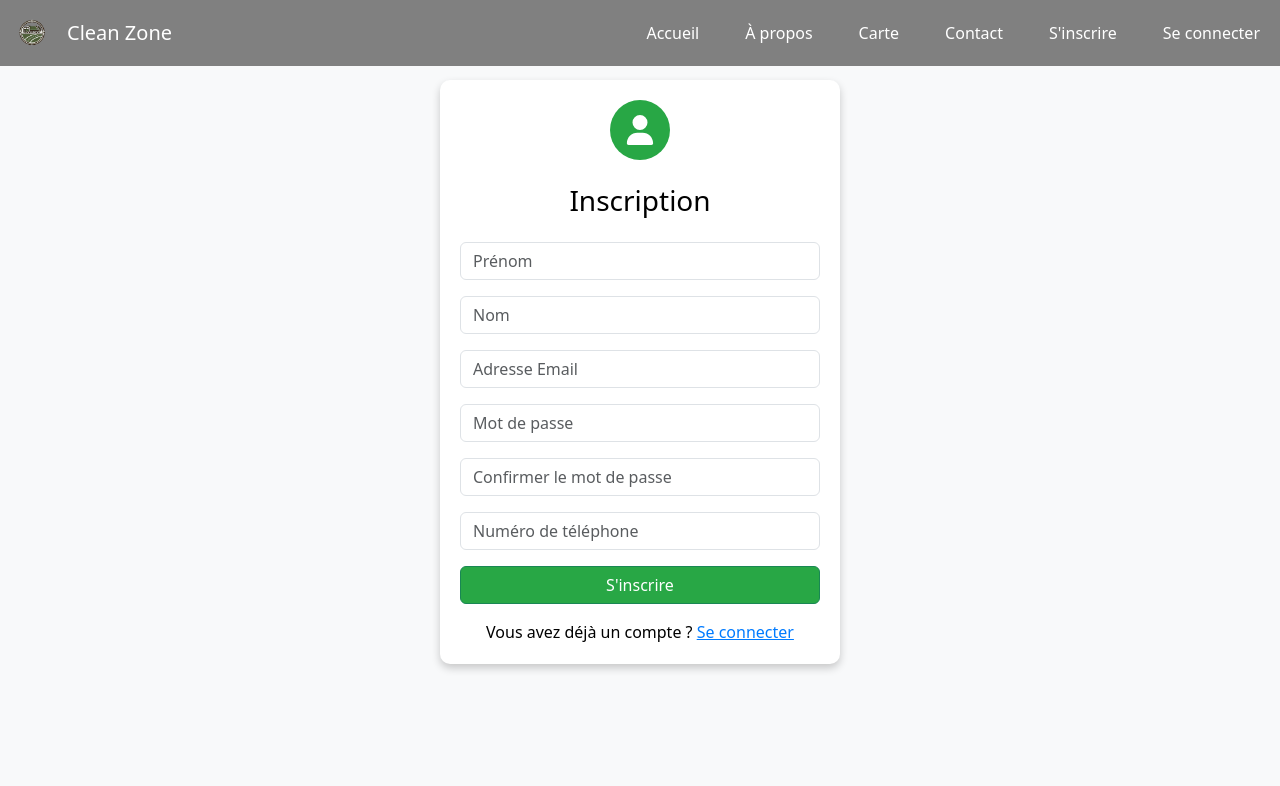
Repository: SystemInfoGeo/QGISproject
Page: /signup (app in NEXT/)
An editor plug-in stored every save of this project. The page is shown before and after the next save, followed by the edit.
The browser window is 1280 px wide. The pictures show the whole page.
The project was rebuilt for these pictures with package versions that can differ from the ones it lists, and the page was loaded fresh each time. The framework's server and built-in components were replaced by stand-ins that run in the browser. Also part of the build but not shown: NEXT/next.config.mjs.

Above is the page before, as saved 2024-09-16 18:17:01.

### NEXT/pages/_app.js
// pages/_app.js
import { AuthProvider } from '../context/AuthContext';
import 'bootstrap/dist/css/bootstrap.min.css'; // Import Bootstrap CSS ici

function MyApp({ Component, pageProps }) {
  return (
    <AuthProvider>
      <Component {...pageProps} />
    </AuthProvider>
  );
}

export default MyApp;

### NEXT/pages/signup.js
import { useState } from 'react';
import axios from 'axios';
import { useRouter } from 'next/router';
import 'bootstrap/dist/css/bootstrap.min.css'; // Importation de Bootstrap pour le style
import Navbar from '../components/Navbar';
import { FontAwesomeIcon } from '@fortawesome/react-fontawesome';
import { faUser } from '@fortawesome/free-solid-svg-icons'; // Importer l'icône utilisateur
import '../styles/Signup.css'; // Import du fichier CSS externe

const Signup = () => {
  const [email, setEmail] = useState('');
  const [password, setPassword] = useState('');
  const [confirmPassword, setConfirmPassword] = useState('');
  const [firstName, setFirstName] = useState('');
  const [lastName, setLastName] = useState('');
  const [phoneNumber, setPhoneNumber] = useState('');
  const [error, setError] = useState('');
  const [loading, setLoading] = useState(false);
  const router = useRouter();

  const handleSubmit = async (e) => {
    e.preventDefault();
    setError('');
    setLoading(true);

    if (password !== confirmPassword) {
      setError('Les mots de passe ne correspondent pas.');
      setLoading(false);
      return;
    }

    const emailPattern = /^[^\s@]+@[^\s@]+\.[^\s@]+$/;
    if (!emailPattern.test(email)) {
      setError('Adresse email invalide.');
      setLoading(false);
      return;
    }

    const phonePattern = /^[0-9]{10,15}$/;
    if (!phonePattern.test(phoneNumber)) {
      setError('Numéro de téléphone invalide.');
      setLoading(false);
      return;
    }

    try {
      const response = await axios.post(`${process.env.NEXT_PUBLIC_API_URL}/signup`, {
        email,
        password,
        confirm_password: confirmPassword,
        first_name: firstName,
        last_name: lastName,
        phone_number: phoneNumber
      });

      if (response.status === 201) {
        setEmail('');
        setPassword('');
        setConfirmPassword('');
        setFirstName('');
        setLastName('');
        setPhoneNumber('');

        router.push('/login');
      }
    } catch (error) {
      if (error.response && error.response.data.error) {
        setError(error.response.data.error);
      } else {
        setError('Erreur lors de l\'inscription. Veuillez réessayer.');
      }
    } finally {
      setLoading(false);
    }
  };

  return (
    <>
      <Navbar /> {/* Inclusion de la Navbar */}

      {/* Contenu principal de la page d'inscription */}
      <div className="d-flex justify-content-center align-items-center vh-100 bg-light">
        <div className="signup-container">
          <div className="signup-icon mb-4 mx-auto d-flex justify-content-center align-items-center">
            <FontAwesomeIcon icon={faUser} size="2x" className="text-white" />
          </div>
          <h3 className="text-center mb-4">Inscription</h3>
          <form onSubmit={handleSubmit}>
            <div className="mb-3">
              <input
                type="text"
                className="form-control"
                id="firstName"
                placeholder="Prénom" // Placeholder à la place de <label>
                value={firstName}
                onChange={(e) => setFirstName(e.target.value)}
                required
              />
            </div>
            <div className="mb-3">
              <input
                type="text"
                className="form-control"
                id="lastName"
                placeholder="Nom" // Placeholder à la place de <label>
                value={lastName}
                onChange={(e) => setLastName(e.target.value)}
                required
              />
            </div>
            <div className="mb-3">
              <input
                type="email"
                className="form-control"
                id="email"
                placeholder="Adresse Email" // Placeholder à la place de <label>
                value={email}
                onChange={(e) => setEmail(e.target.value)}
                required
              />
            </div>
            <div className="mb-3">
              <input
                type="password"
                className="form-control"
                id="password"
                placeholder="Mot de passe" // Placeholder à la place de <label>
                value={password}
                onChange={(e) => setPassword(e.target.value)}
                required
              />
            </div>
            <div className="mb-3">
              <input
                type="password"
                className="form-control"
                id="confirmPassword"
                placeholder="Confirmer le mot de passe" // Placeholder à la place de <label>
                value={confirmPassword}
                onChange={(e) => setConfirmPassword(e.target.value)}
                required
              />
            </div>
            <div className="mb-3">
              <input
                type="tel"
                className="form-control"
                id="phoneNumber"
                placeholder="Numéro de téléphone" // Placeholder à la place de <label>
                value={phoneNumber}
                onChange={(e) => setPhoneNumber(e.target.value)}
                required
              />
            </div>
            <button type="submit" className="btn btn-success w-100 signup-btn" disabled={loading}>
              {loading ? 'Inscription en cours...' : "S'inscrire"}
            </button>
            {error && <p className="text-danger mt-3">{error}</p>}
          </form>
          <div className="text-center mt-3">
            <span>Vous avez déjà un compte ? </span>
            <a href="/login" className="blue-link">Se connecter</a>
          </div>
        </div>
      </div>
    </>
  );
};

export default Signup;

### NEXT/context/AuthContext.js
import { createContext, useContext, useState, useEffect } from 'react';
import { Spinner } from 'react-bootstrap';
import jwt_decode from 'jwt-decode';

// Créez le contexte
const AuthContext = createContext();

// Créez un hook pour utiliser le contexte facilement
export const useAuth = () => useContext(AuthContext);

// Créer un fournisseur pour encapsuler l'état de connexion global
export const AuthProvider = ({ children }) => {
  const [loggedIn, setLoggedIn] = useState(false);
  const [loading, setLoading] = useState(true);  // Indicateur de chargement
  const [user, setUser] = useState(null);        // Stockage des informations utilisateur

  // Fonction pour vérifier la validité du token
  const isTokenValid = (token) => {
    try {
      const decodedToken = jwt_decode(token);  // Décodage du token JWT
      const currentTime = Date.now() / 1000;  // Temps actuel en secondes
      if (decodedToken.exp > currentTime) {
        return true;  // Le token est valide
      } else {
        console.warn("Le token a expiré.");
        return false;  // Le token est expiré
      }
    } catch (error) {
      console.error("Erreur lors du décodage du token:", error);
      return false;  // Le token est invalide
    }
  };

  // Vérification de la connexion au démarrage
  useEffect(() => {
    const token = localStorage.getItem('token');
    const userInfo = localStorage.getItem('user');

    // Vérification de la présence des données
    if (token && userInfo) {
      try {
        // Vérifier si le token est valide
        if (isTokenValid(token)) {
          setLoggedIn(true);

          // Essayer de parser les informations utilisateur
          try {
            const parsedUser = JSON.parse(userInfo);  // Charger les informations utilisateur
            setUser(parsedUser);
          } catch (error) {
            console.error("Erreur lors du parsing des informations utilisateur:", error);
            localStorage.removeItem('user');  // Supprimer les données corrompues
            setUser(null);
            setLoggedIn(false);
          }
        } else {
          // Le token est expiré ou invalide
          localStorage.removeItem('token');
          localStorage.removeItem('user');
          setLoggedIn(false);
        }
      } catch (error) {
        console.error("Erreur lors du traitement de la connexion:", error);
        setLoggedIn(false);
      }
    } else {
      // Si le token ou les infos utilisateur sont manquants
      console.warn("Aucun token ou informations utilisateur trouvés.");
      setLoggedIn(false);
    }

    setLoading(false);  // Fin du chargement
  }, []);

  // Fonction de connexion
  const login = (token, userInfo) => {
    if (token && userInfo) {
      localStorage.setItem('token', token);
      localStorage.setItem('user', JSON.stringify(userInfo));  // Enregistrer les informations utilisateur
      setUser(userInfo);
      setLoggedIn(true);
    } else {
      console.error("Le token ou les informations utilisateur sont manquants.");
    }
  };

  // Fonction de déconnexion
  const logout = () => {
    localStorage.removeItem('token');
    localStorage.removeItem('user');
    setUser(null);  // Réinitialiser les informations utilisateur
    setLoggedIn(false);
  };

  return (
    <AuthContext.Provider value={{ loggedIn, login, logout, loading, user }}>
      {loading ? <Spinner animation="border" role="status" /> : children} {/* Afficher un spinner si en chargement */}
    </AuthContext.Provider>
  );
};

### NEXT/components/Navbar.js
import Link from 'next/link';
import { useAuth } from '../context/AuthContext'; // Importer le hook useAuth
import 'bootstrap/dist/css/bootstrap.min.css';
import { useEffect, useState } from 'react';

export default function Navbar() {
  const { loggedIn } = useAuth(); // Utiliser le hook pour accéder à l'état de connexion
  const [userRole, setUserRole] = useState(null); // Stocker le rôle de l'utilisateur

  // Vérification du rôle de l'utilisateur lors du chargement de la page
  useEffect(() => {
    const role = localStorage.getItem('role'); // Récupérer le rôle depuis localStorage
    if (role) {
      setUserRole(role); // Mettre à jour le rôle de l'utilisateur dans le state
      console.log('Rôle de l’utilisateur:', role); // Afficher le rôle dans la console pour déboguer
    } else {
      console.log('Aucun rôle trouvé dans le localStorage');
    }
  }, []);

  return (
    <nav className="navbar navbar-expand-lg" style={{ backgroundColor: '#808080' }}>
      <div className="container-fluid">
        <a className="navbar-brand" href="/" style={{ color: 'white', display: 'flex', alignItems: 'center' }}>
          <img src="/images/logo.jpg" alt="Logo" style={{ width: '40px', height: '40px', marginRight: '15px' }} />
          Clean Zone
        </a>
        <button className="navbar-toggler" type="button" data-bs-toggle="collapse" data-bs-target="#navbarNav" aria-controls="navbarNav" aria-expanded="false" aria-label="Toggle navigation">
          <span className="navbar-toggler-icon"></span>
        </button>
        <div className="collapse navbar-collapse" id="navbarNav">
          <ul className="navbar-nav ms-auto">
            <li className="nav-item">
              <Link href="/" legacyBehavior>
                <a className="nav-link" style={{ color: 'white', marginRight: '30px' }}>Accueil</a>
              </Link>
            </li>

            <li className="nav-item">
              <Link href="/apropos" legacyBehavior>
                 <a className="nav-link" style={{ color: 'white', marginRight: '30px' }}>À propos</a>
              </Link>
            </li>

            <li className="nav-item">
              <Link href="/CARTE" legacyBehavior>
                <a className="nav-link" style={{ color: 'white', marginRight: '30px' }}>Carte</a>
              </Link>
            </li>
            <li className="nav-item">
              <Link href="/contact" legacyBehavior>
                <a className="nav-link" style={{ color: 'white', marginRight: '30px' }}>Contact</a>
              </Link>
            </li>

            {/* Affichage conditionnel basé sur l'état de connexion et le rôle */}
            {loggedIn ? (
              <li className="nav-item">
                {/* Si l'utilisateur est admin, rediriger vers le profil admin, sinon vers le profil utilisateur */}
                {userRole === 'admin' ? (
                  <Link href="/admin/profile" legacyBehavior>
                    <a className="nav-link" style={{ color: 'white', marginRight: '30px' }}>
                      Profil Admin
                    </a>
                  </Link>
                ) : (
                  <Link href="/user/profile" legacyBehavior>
                    <a className="nav-link" style={{ color: 'white', marginRight: '30px' }}>
                      Profil
                    </a>
                  </Link>
                )}
              </li>
            ) : (
              <>
                <li className="nav-item">
                  <Link href="/signup" legacyBehavior>
                    <a className="nav-link" style={{ color: 'white', marginRight: '30px' }}>S'inscrire</a>
                  </Link>
                </li>
                <li className="nav-item">
                  <Link href="/login" legacyBehavior>
                    <a className="nav-link" style={{ color: 'white' }}>Se connecter</a>
                  </Link>
                </li>
              </>
            )}
          </ul>
        </div>
      </div>
    </nav>
  );
}

### NEXT/styles/Signup.css
/* Conteneur principal */
.signup-container {
  background: white;
  padding: 20px;
  border-radius: 10px;
  box-shadow: 0 4px 8px rgba(0, 0, 0, 0.2);
  max-width: 400px;
  width: 100%;
  position: absolute;
  top: 80px; /* Ajustez cette valeur pour déplacer le formulaire vers le haut */
  left: 50%;
  transform: translateX(-50%);
}

/* Icône de l'inscription */
.signup-icon {
  width: 60px;
  height: 60px;
  background-color: #28a745;
  border-radius: 50%;
  display: flex;
  justify-content: center;
  align-items: center;
  margin: 0 auto 10px; /* Réduit la marge en bas de l'icône */
}

.signup-icon svg {
  width: 30px;
  height: 30px;
}

/* Titre d'inscription */
.signup-container h3 {
  margin-top: 0; /* Assurez-vous qu'il n'y a pas de marge au-dessus du titre */
  margin-bottom: 10px; /* Ajustez la marge en bas du titre si nécessaire */
}

/* Bouton d'inscription */
.signup-btn {
  background-color: #28a745;
  color: white;
}

.signup-btn:disabled {
  background-color: #94d3a2;
}

/* Message d'erreur */
.text-danger {
  color: #dc3545 !important;
}

/* Style pour "Vous avez déjà un compte ? Se connecter" */
.text-center {
  color: #000; /* Le texte normal est en noir */
}

.blue-link {
  color: #007bff; /* Se connecter en bleu */
  text-decoration: underline; /* Souligner le lien */
  transition: color 0.3s ease;
}

.blue-link:hover {
  color: #0056b3; /* Lien bleu plus foncé au survol */
}

/* Background général */
.bg-light {
  background-color: #f8f9fa !important;
}

/* Réactivité pour les petits écrans */
@media (max-width: 768px) {
  .signup-container {
    max-width: 90%;
    padding: 20px;
    top: 10px; /* Réduit la marge en haut sur les petits écrans si nécessaire */
  }

  .btn-success {
    font-size: 0.9rem;
    padding: 0.6rem;
  }

  .signup-icon {
    width: 50px;
    height: 50px;
  }

  .signup-icon svg {
    width: 25px;
    height: 25px;
  }
}

After the next save:
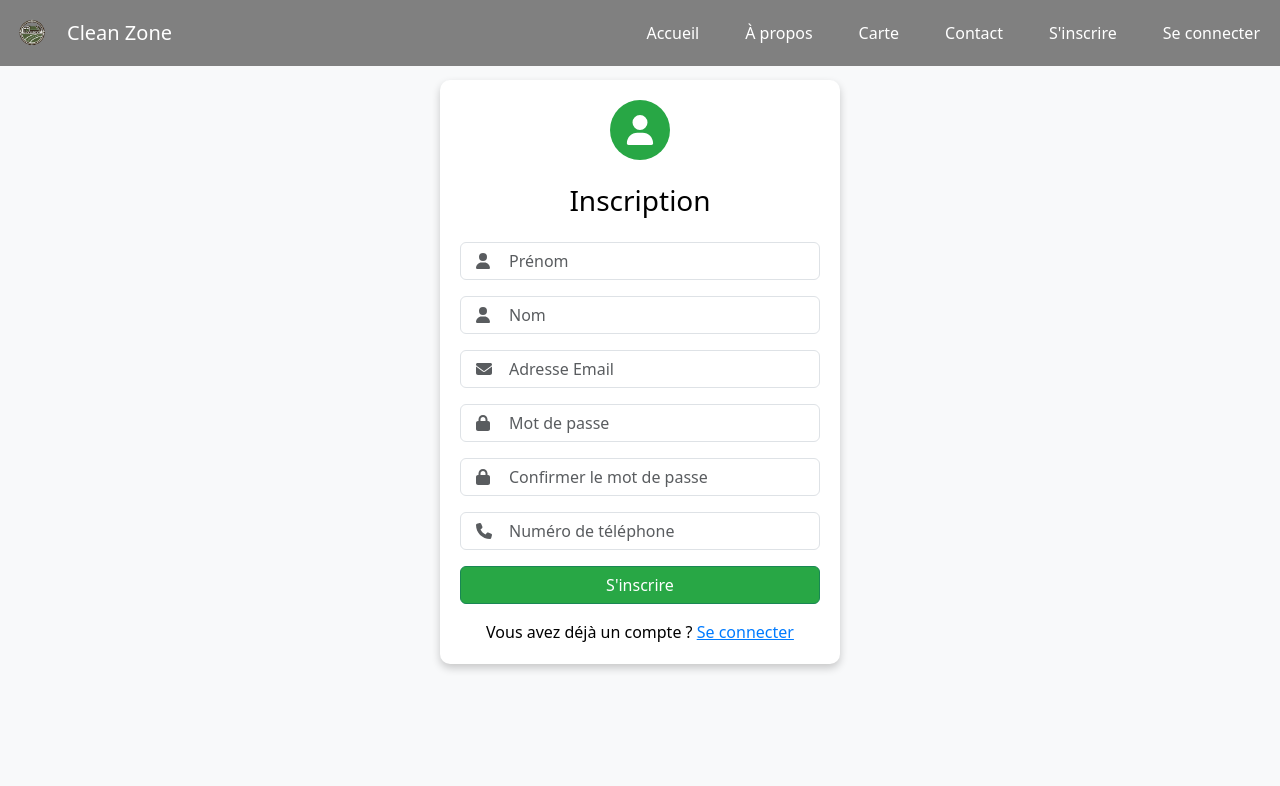
Saved 10 min 24 s later.
--- a/NEXT/pages/signup.js
+++ b/NEXT/pages/signup.js
@@ -4,7 +4,7 @@ import { useRouter } from 'next/router';
 import 'bootstrap/dist/css/bootstrap.min.css'; // Importation de Bootstrap pour le style
 import Navbar from '../components/Navbar';
 import { FontAwesomeIcon } from '@fortawesome/react-fontawesome';
-import { faUser } from '@fortawesome/free-solid-svg-icons'; // Importer l'icône utilisateur
+import { faUser, faEnvelope, faLock, faPhone } from '@fortawesome/free-solid-svg-icons'; // Importer les icônes nécessaires
 import '../styles/Signup.css'; // Import du fichier CSS externe
 
 const Signup = () => {
@@ -86,67 +86,73 @@ const Signup = () => {
           </div>
           <h3 className="text-center mb-4">Inscription</h3>
           <form onSubmit={handleSubmit}>
-            <div className="mb-3">
+            <div className="mb-3 position-relative">
+              <FontAwesomeIcon icon={faUser} className="position-absolute start-0 top-50 translate-middle-y ms-3 text-muted" />
               <input
                 type="text"
-                className="form-control"
+                className="form-control ps-5"
                 id="firstName"
-                placeholder="Prénom" // Placeholder à la place de <label>
+                placeholder="Prénom"
                 value={firstName}
                 onChange={(e) => setFirstName(e.target.value)}
                 required
               />
             </div>
-            <div className="mb-3">
+            <div className="mb-3 position-relative">
+              <FontAwesomeIcon icon={faUser} className="position-absolute start-0 top-50 translate-middle-y ms-3 text-muted" />
               <input
                 type="text"
-                className="form-control"
+                className="form-control ps-5"
                 id="lastName"
-                placeholder="Nom" // Placeholder à la place de <label>
+                placeholder="Nom"
                 value={lastName}
                 onChange={(e) => setLastName(e.target.value)}
                 required
               />
             </div>
-            <div className="mb-3">
+            <div className="mb-3 position-relative">
+              <FontAwesomeIcon icon={faEnvelope} className="position-absolute start-0 top-50 translate-middle-y ms-3 text-muted" />
               <input
                 type="email"
-                className="form-control"
+                className="form-control ps-5"
                 id="email"
-                placeholder="Adresse Email" // Placeholder à la place de <label>
+                placeholder="Adresse Email"
                 value={email}
                 onChange={(e) => setEmail(e.target.value)}
                 required
               />
             </div>
-            <div className="mb-3">
+            <div className="mb-3 position-relative">
+              <FontAwesomeIcon icon={faLock} className="position-absolute start-0 top-50 translate-middle-y ms-3 text-muted" />
               <input
                 type="password"
-                className="form-control"
+                className="form-control ps-5"
                 id="password"
-                placeholder="Mot de passe" // Placeholder à la place de <label>
+                placeholder="Mot de passe"
                 value={password}
                 onChange={(e) => setPassword(e.target.value)}
                 required
               />
             </div>
-            <div className="mb-3">
+            <div className="mb-3 position-relative">
+              <FontAwesomeIcon icon={faLock} className="position-absolute start-0 top-50 translate-middle-y ms-3 text-muted" />
               <input
                 type="password"
-                className="form-control"
+                className="form-control ps-5"
                 id="confirmPassword"
-                placeholder="Confirmer le mot de passe" // Placeholder à la place de <label>
+                placeholder="Confirmer le mot de passe"
                 value={confirmPassword}
                 onChange={(e) => setConfirmPassword(e.target.value)}
                 required
               />
             </div>
-            <div className="mb-3">
+            <div className="mb-3 position-relative">
+              <FontAwesomeIcon icon={faPhone} className="position-absolute start-0 top-50 translate-middle-y ms-3 text-muted" />
               <input
                 type="tel"
-                className="form-control"
+                className="form-control ps-5"
                 id="phoneNumber"
-                placeholder="Numéro de téléphone" // Placeholder à la place de <label>
+                placeholder="Numéro de téléphone"
                 value={phoneNumber}
                 onChange={(e) => setPhoneNumber(e.target.value)}
                 required
